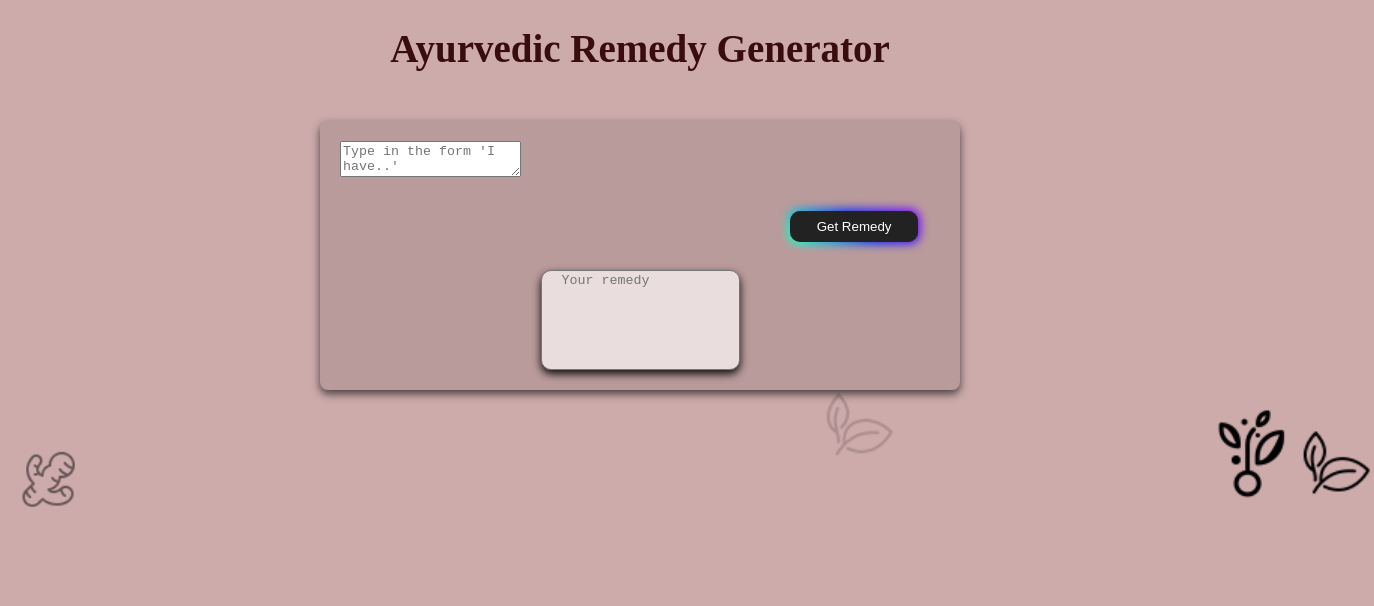
Repository: krutarthh/Ayurvedic-Remedy
Page: index.html
These files come from the project's save history. The page is drawn as it stood at one moment and after the next save; the edit follows.
The browser window is 1280 px wide. The page is 1374 px wide, so the pictures cover 1374 px, including what lies to the right of the window. The pictures show the whole page.

Above is the page before, as saved 2024-04-10 15:27:47.

After the next save:
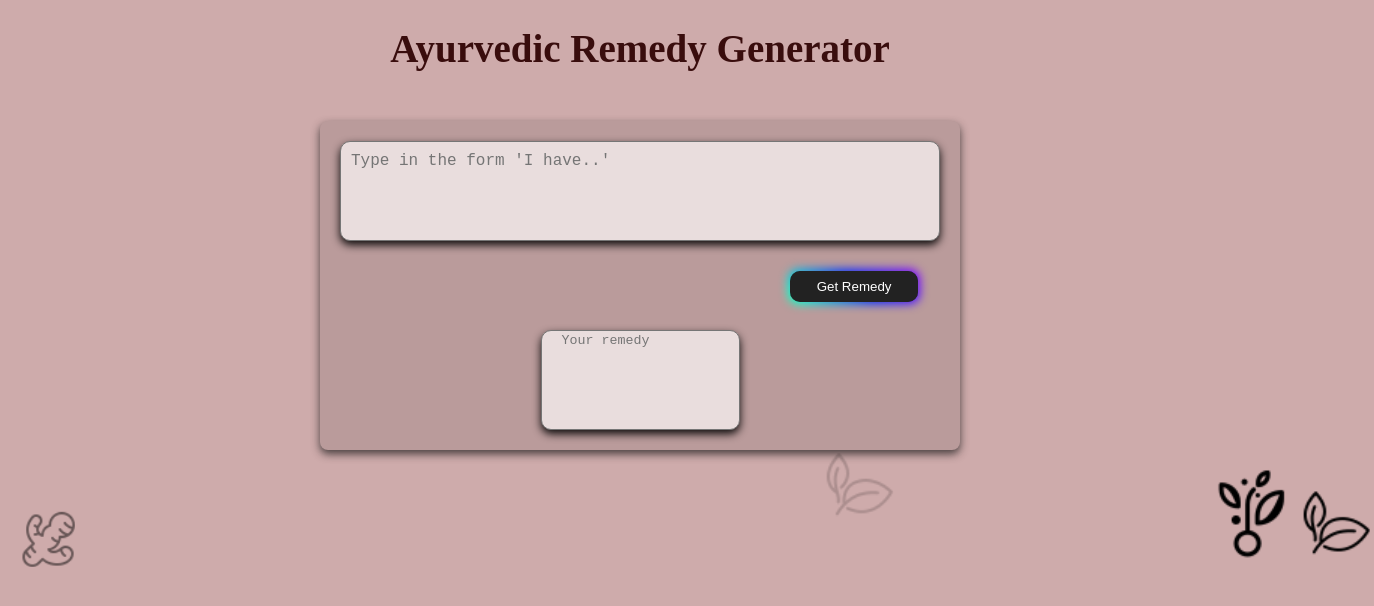
Saved 4 s later.
--- a/app.css
+++ b/app.css
@@ -11,8 +11,7 @@ body {
     border-radius: 8px;
     box-shadow: 0 4px 8px rgba(62, 55, 55, 0.931);
 }
-#user_input,
- {
+#user_input {
     width: 100%;
     padding: 10px;
     font-size: 16px;
